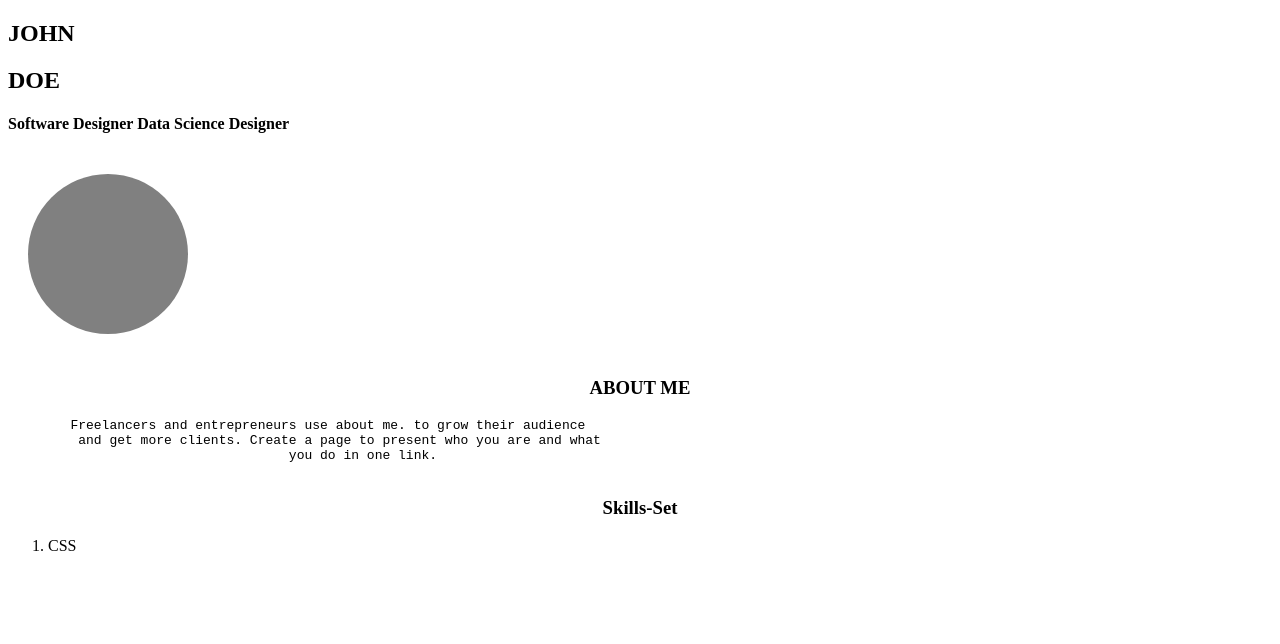
Repository: mrjayajay/week-1-code-challenges
Page: nasir/index.html
The author's editor kept a copy of each file at every save. The page is drawn from the files as they stood at one save, then again after the next save.
The browser window is 1280 px wide. The pictures show the whole page.

Above is the page before, as saved 2024-03-07 19:33:29.

After the next save:
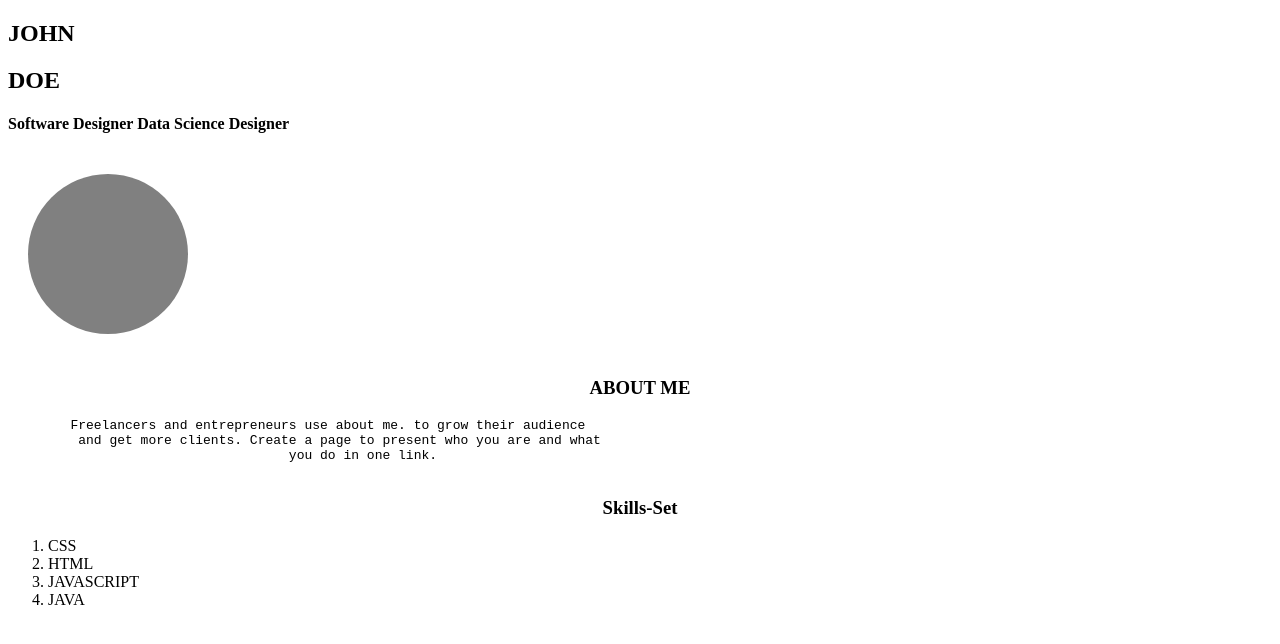
Saved 70 s later.
--- a/nasir/index.html
+++ b/nasir/index.html
@@ -22,7 +22,9 @@
         <li>
             CSS
         </li>
-
+        <li>HTML</li>
+        <li>JAVASCRIPT</li>
+        <li>JAVA</li>
      </ol>
 </body>
 </html>
